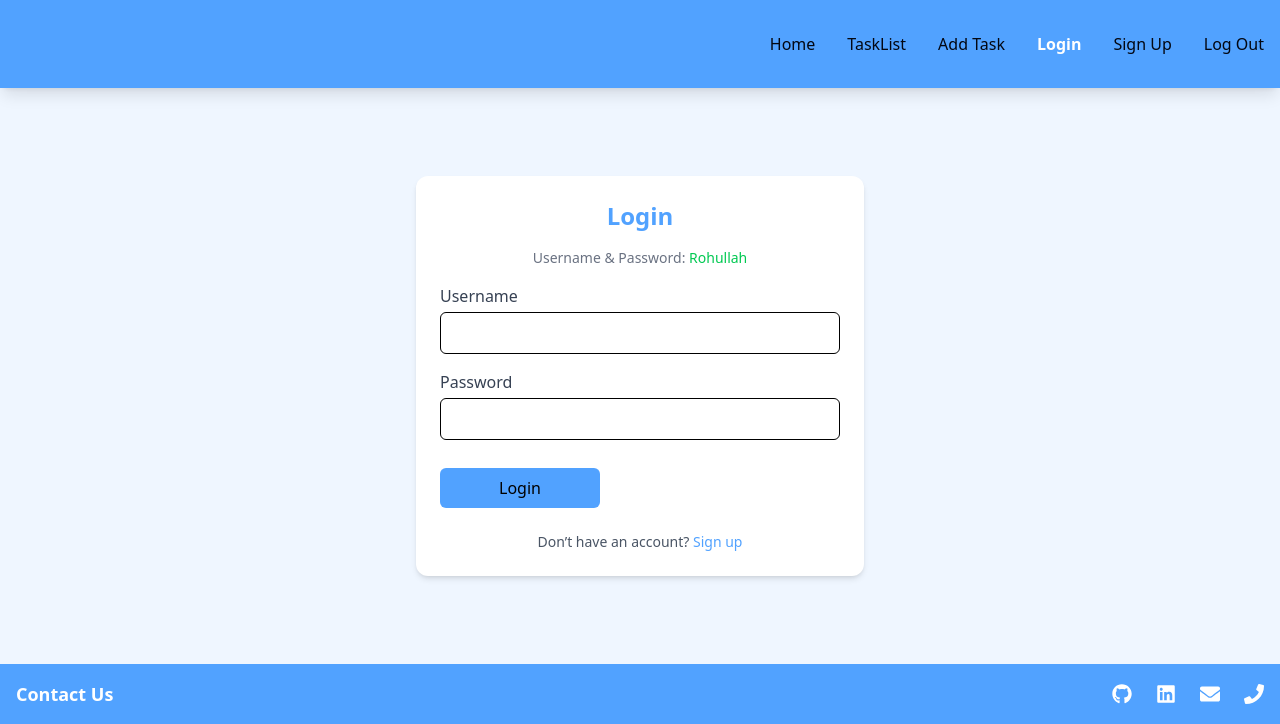
Repository: Rohullah-Noori/TaskApp
Page: /
The author's editor kept a copy of each file at every save. The page is drawn from the files as they stood at one save, then again after the next save.
The browser window is 1280 px wide. The pictures show the whole page.
The project was rebuilt for these pictures with package versions that can differ from the ones it lists, and the page was loaded fresh each time. Also part of the build but not shown: vite.config.js, src/components/Loader.jsx, src/pages/Landing.jsx, src/pages/Home.jsx, src/pages/Signup.jsx, src/pages/Addtask.jsx, src/pages/Edittask.jsx, src/pages/Errorpage.jsx and 1 more.

Above is the page before, as saved 2025-06-23 10:50:51.

After the next save:
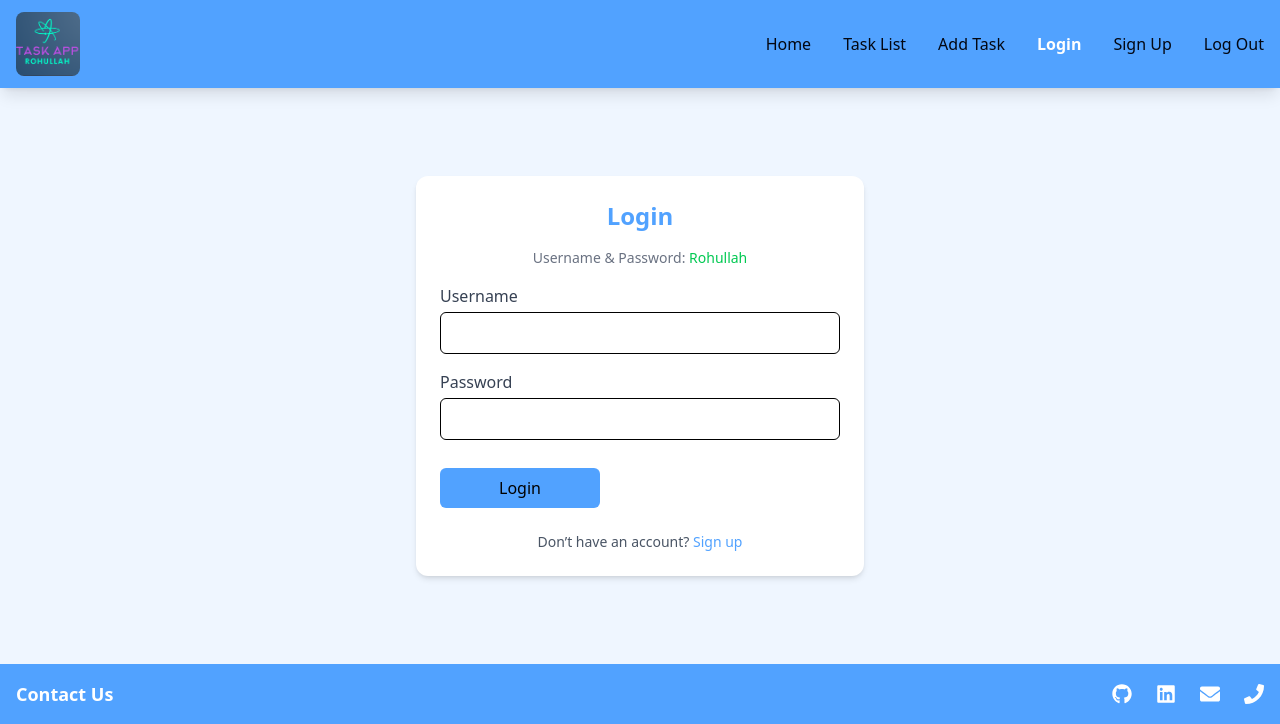
Saved 98 s later.
--- a/src/components/Navbar.jsx
+++ b/src/components/Navbar.jsx
@@ -3,7 +3,7 @@ import { useState } from "react";
 
 const navItems = [
   { path: "/", label: "Home" },
-  { path: "/home", label: "TaskList" },
+  { path: "/home", label: "Task List" },
   { path: "/addtask", label: "Add Task" },
 
   { path: "/login", label: "Login" },
@@ -21,9 +21,11 @@ function Navbar() {
     <nav className="bg-blue-400 shadow-lg sticky top-0 z-50">
       <div className="flex items-center justify-between px-4 py-3">
         <div className="w-16 h-16">
-          <h1 className="text-blue-400 sm:font-bold sm:text-xl text-lg">
-            Task App
-          </h1>
+          <img
+            src="../src/assets/logo/Capture.PNG"
+            alt="Logo"
+            className="rounded-lg object-cover w-full h-full"
+          />
         </div>
 
         <div className="lg:hidden">
